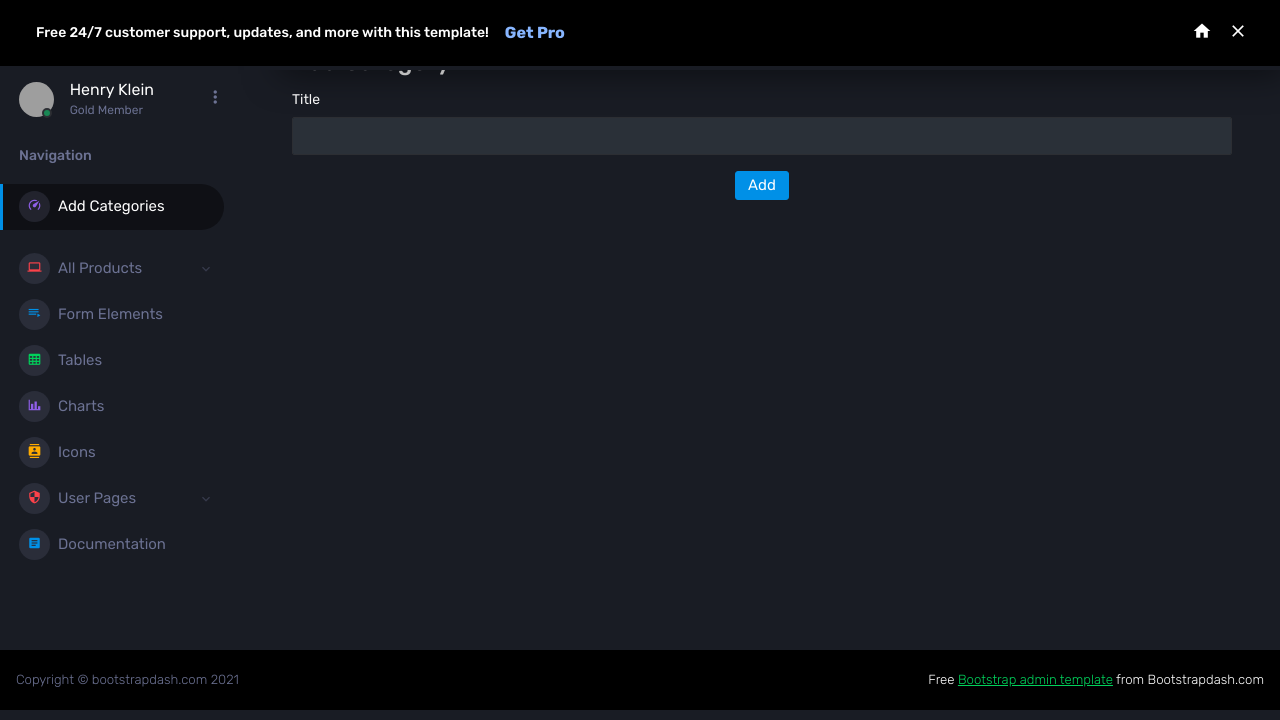
Repository: mennaabdelelhady/Route
Page: http://localhost/admin/view/addCategory.php
An editor plug-in stored every save of this project. The page is shown before and after the next save, followed by the edit.
The browser window is 1280 px wide. The pictures show the whole page.
Pictures or frames that could not be fetched are drawn as grey boxes. The page is run by PHP 8.4 with error messages shown; the project is at /var/www/html/.

Above is the page before, as saved 2024-12-25 00:55:40.

### admin/view/addCategory.php
<?php

include "../view/header.php";
include "../view/sidebar.php";
include "../view/navbar.php";
include "../../connection.php";
?>



              <div class="card-body px-5 py-5">
                <h3 class="card-title text-left mb-3">Add Category</h3>
                <form method="POST" action="addCategory.php">
                  <div class="form-group">
                    <label>Title</label>
                    <input type="text" name="title" class="form-control p_input text-light">
                  </div>
                  <div class="text-center">
                    <button type="submit" name="addCategory" class="btn btn-primary btn-block enter-btn">Add</button>
                  </div>
                </form>
              </div>
            </div>
          </div>
          <!-- content-wrapper ends -->
        </div>
        <!-- row ends -->
      </div>
      <!-- page-body-wrapper ends -->
    </div>

<?php
include "../view/footer.php";
 ?>

### admin/view/header.php
<!DOCTYPE html>
<html lang="en">
  <head>
    <!-- Required meta tags -->
    <!-- <meta charset="utf-8">
    <meta name="viewport" content="width=device-width, initial-scale=1, shrink-to-fit=no"> -->
    <title>Corona Admin</title>
    <!-- plugins:css -->
    <link rel="stylesheet" href="../assets/vendors/mdi/css/materialdesignicons.min.css">
    <link rel="stylesheet" href="../assets/vendors/css/vendor.bundle.base.css">
    <!-- endinject -->
    <!-- Plugin css for this page -->
    <link rel="stylesheet" href="../assets/vendors/jvectormap/jquery-jvectormap.css">
    <link rel="stylesheet" href="../assets/vendors/flag-icon-css/css/flag-icon.min.css">
    <link rel="stylesheet" href="../assets/vendors/owl-carousel-2/owl.carousel.min.css">
    <link rel="stylesheet" href="../assets/vendors/owl-carousel-2/owl.theme.default.min.css">
    <!-- End plugin css for this page -->
    <!-- inject:css -->
    <!-- endinject -->
    <!-- Layout styles -->
    <link rel="stylesheet" href="../assets/css/style.css">
    <!-- End layout styles -->
    <link rel="shortcut icon" href="../assets/images/favicon.png" />
  </head>
  <body>

### admin/view/sidebar.php
<div class="container-scroller">
      <div class="row p-0 m-0 proBanner" id="proBanner">
        <div class="col-md-12 p-0 m-0">
          <div class="card-body card-body-padding d-flex align-items-center justify-content-between">
            <div class="ps-lg-1">
              <div class="d-flex align-items-center justify-content-between">
                <p class="mb-0 font-weight-medium me-3 buy-now-text">Free 24/7 customer support, updates, and more with this template!</p>
                <a href="https://www.bootstrapdash.com/product/corona-free/?utm_source=organic&utm_medium=banner&utm_campaign=buynow_demo" target="_blank" class="btn me-2 buy-now-btn border-0">Get Pro</a>
              </div>
            </div>
            <div class="d-flex align-items-center justify-content-between">
              <a href="https://www.bootstrapdash.com/product/corona-free/"><i class="mdi mdi-home me-3 text-white"></i></a>
              <button id="bannerClose" class="btn border-0 p-0">
                <i class="mdi mdi-close text-white me-0"></i>
              </button>
            </div>
          </div>
        </div>
      </div>
      <!-- partial:partials/_sidebar.html -->
      <nav class="sidebar sidebar-offcanvas" id="sidebar">
        <div class="sidebar-brand-wrapper d-none d-lg-flex align-items-center justify-content-center fixed-top">
          <a class="sidebar-brand brand-logo" href="index.html"><img src="../assets/images/logo.svg" alt="logo" /></a>
          <a class="sidebar-brand brand-logo-mini" href="index.html"><img src="../assets/images/logo-mini.svg" alt="logo" /></a>
        </div>
        <ul class="nav">
          <li class="nav-item profile">
            <div class="profile-desc">
              <div class="profile-pic">
                <div class="count-indicator">
                  <img class="img-xs rounded-circle " src="../assets/images/faces/face15.jpg" alt="">
                  <span class="count bg-success"></span>
                </div>
                <div class="profile-name">
                  <h5 class="mb-0 font-weight-normal">Henry Klein</h5>
                  <span>Gold Member</span>
                </div>
              </div>
              <a href="#" id="profile-dropdown" data-bs-toggle="dropdown"><i class="mdi mdi-dots-vertical"></i></a>
              <div class="dropdown-menu dropdown-menu-right sidebar-dropdown preview-list" aria-labelledby="profile-dropdown">
                <a href="#" class="dropdown-item preview-item">
                  <div class="preview-thumbnail">
                    <div class="preview-icon bg-dark rounded-circle">
                      <i class="mdi mdi-settings text-primary"></i>
                    </div>
                  </div>
                  <div class="preview-item-content">
                    <p class="preview-subject ellipsis mb-1 text-small">Account settings</p>
                  </div>
                </a>
                <div class="dropdown-divider"></div>
                <a href="#" class="dropdown-item preview-item">
                  <div class="preview-thumbnail">
                    <div class="preview-icon bg-dark rounded-circle">
                      <i class="mdi mdi-onepassword  text-info"></i>
                    </div>
                  </div>
                  <div class="preview-item-content">
                    <p class="preview-subject ellipsis mb-1 text-small">Change Password</p>
                  </div>
                </a>
                <div class="dropdown-divider"></div>
                <a href="#" class="dropdown-item preview-item">
                  <div class="preview-thumbnail">
                    <div class="preview-icon bg-dark rounded-circle">
                      <i class="mdi mdi-calendar-today text-success"></i>
                    </div>
                  </div>
                  <div class="preview-item-content">
                    <p class="preview-subject ellipsis mb-1 text-small">To-do list</p>
                  </div>
                </a>
              </div>
            </div>
          </li>
          <li class="nav-item nav-category">
            <span class="nav-link">Navigation</span>
          </li>
          <li class="nav-item menu-items">
            <a class="nav-link" href="addCategory.php">
              <span class="menu-icon">
                <i class="mdi mdi-speedometer"></i>
              </span>
              <span class="menu-title">Add Categories</span>
            </a>
          </li>
          <a class="nav-link"  href="addProduct.php" aria-expanded="false" aria-controls="ui-basic">
          <li class="nav-item menu-items">
              <span class="menu-icon">
                <i class="mdi mdi-laptop"></i>
              </span>
              <span class="menu-title">All Products</span>
              <i class="menu-arrow"></i>
            </a>
            <div class="collapse" id="ui-basic">
              <ul class="nav flex-column sub-menu">
                <li class="nav-item"> <a class="nav-link" href="pages/ui-features/buttons.html">Buttons</a></li>
                <li class="nav-item"> <a class="nav-link" href="pages/ui-features/dropdowns.html">Dropdowns</a></li>
                <li class="nav-item"> <a class="nav-link" href="pages/ui-features/typography.html">Typography</a></li>
              </ul>
            </div>
          </li>
          <li class="nav-item menu-items">
            <a class="nav-link" href="pages/forms/basic_elements.html">
              <span class="menu-icon">
                <i class="mdi mdi-playlist-play"></i>
              </span>
              <span class="menu-title">Form Elements</span>
            </a>
          </li>
          <li class="nav-item menu-items">
            <a class="nav-link" href="pages/tables/basic-table.html">
              <span class="menu-icon">
                <i class="mdi mdi-table-large"></i>
              </span>
              <span class="menu-title">Tables</span>
            </a>
          </li>
          <li class="nav-item menu-items">
            <a class="nav-link" href="pages/charts/chartjs.html">
              <span class="menu-icon">
                <i class="mdi mdi-chart-bar"></i>
              </span>
              <span class="menu-title">Charts</span>
            </a>
          </li>
          <li class="nav-item menu-items">
            <a class="nav-link" href="pages/icons/mdi.html">
              <span class="menu-icon">
                <i class="mdi mdi-contacts"></i>
              </span>
              <span class="menu-title">Icons</span>
            </a>
          </li>
          <li class="nav-item menu-items">
            <a class="nav-link" data-bs-toggle="collapse" href="#auth" aria-expanded="false" aria-controls="auth">
              <span class="menu-icon">
                <i class="mdi mdi-security"></i>
              </span>
              <span class="menu-title">User Pages</span>
              <i class="menu-arrow"></i>
            </a>
            <div class="collapse" id="auth">
              <ul class="nav flex-column sub-menu">
                <li class="nav-item"> <a class="nav-link" href="pages/samples/blank-page.html"> Blank Page </a></li>
                <li class="nav-item"> <a class="nav-link" href="pages/samples/error-404.html"> 404 </a></li>
                <li class="nav-item"> <a class="nav-link" href="pages/samples/error-500.html"> 500 </a></li>
                <li class="nav-item"> <a class="nav-link" href="pages/samples/login.html"> Login </a></li>
                <li class="nav-item"> <a class="nav-link" href="pages/samples/register.html"> Register </a></li>
              </ul>
            </div>
          </li>
          <li class="nav-item menu-items">
            <a class="nav-link" href="http://www.bootstrapdash.com/demo/corona-free/jquery/documentation/documentation.html">
              <span class="menu-icon">
                <i class="mdi mdi-file-document-box"></i>
              </span>
              <span class="menu-title">Documentation</span>
            </a>
          </li>
        </ul>
      </nav>

### admin/view/navbar.php

<nav class="navbar p-0 fixed-top d-flex flex-row">
          <div class="navbar-brand-wrapper d-flex d-lg-none align-items-center justify-content-center">
            <a class="navbar-brand brand-logo-mini" href="index.html"><img src="../assets/images/logo-mini.svg" alt="logo" /></a>
          </div>
          <div class="navbar-menu-wrapper flex-grow d-flex align-items-stretch">
            <button class="navbar-toggler navbar-toggler align-self-center" type="button" data-toggle="minimize">
              <span class="mdi mdi-menu"></span>
            </button>
            <ul class="navbar-nav w-100">
              <li class="nav-item w-100">
                <form class="nav-link mt-2 mt-md-0 d-none d-lg-flex search">
                  <input type="text" class="form-control" placeholder="Search products">
                </form>
              </li>
            </ul>
            <ul class="navbar-nav navbar-nav-right">
              <li class="nav-item dropdown d-none d-lg-block">
                <a class="nav-link btn btn-success create-new-button" id="createbuttonDropdown" data-bs-toggle="dropdown" aria-expanded="false" href="#">+ Create New Project</a>
                <div class="dropdown-menu dropdown-menu-right navbar-dropdown preview-list" aria-labelledby="createbuttonDropdown">
                  <h6 class="p-3 mb-0">Projects</h6>
                  <div class="dropdown-divider"></div>
                  <a class="dropdown-item preview-item">
                    <div class="preview-thumbnail">
                      <div class="preview-icon bg-dark rounded-circle">
                        <i class="mdi mdi-file-outline text-primary"></i>
                      </div>
                    </div>
                    <div class="preview-item-content">
                      <p class="preview-subject ellipsis mb-1">Software Development</p>
                    </div>
                  </a>
                  <div class="dropdown-divider"></div>
                  <a class="dropdown-item preview-item">
                    <div class="preview-thumbnail">
                      <div class="preview-icon bg-dark rounded-circle">
                        <i class="mdi mdi-web text-info"></i>
                      </div>
                    </div>
                    <div class="preview-item-content">
                      <p class="preview-subject ellipsis mb-1">UI Development</p>
                    </div>
                  </a>
                  <div class="dropdown-divider"></div>
                  <a class="dropdown-item preview-item">
                    <div class="preview-thumbnail">
                      <div class="preview-icon bg-dark rounded-circle">
                        <i class="mdi mdi-layers text-danger"></i>
                      </div>
                    </div>
                    <div class="preview-item-content">
                      <p class="preview-subject ellipsis mb-1">Software Testing</p>
                    </div>
                  </a>
                  <div class="dropdown-divider"></div>
                  <p class="p-3 mb-0 text-center">See all projects</p>
                </div>
              </li>
              <li class="nav-item nav-settings d-none d-lg-block">
                <a class="nav-link" href="#">
                  <i class="mdi mdi-view-grid"></i>
                </a>
              </li>
              <li class="nav-item dropdown border-left">
                <a class="nav-link count-indicator dropdown-toggle" id="messageDropdown" href="#" data-bs-toggle="dropdown" aria-expanded="false">
                  <i class="mdi mdi-email"></i>
                  <span class="count bg-success"></span>
                </a>
                <div class="dropdown-menu dropdown-menu-right navbar-dropdown preview-list" aria-labelledby="messageDropdown">
                  <h6 class="p-3 mb-0">Messages</h6>
                  <div class="dropdown-divider"></div>
                  <a class="dropdown-item preview-item">
                    <div class="preview-thumbnail">
                      <img src="../assets/images/faces/face4.jpg" alt="image" class="rounded-circle profile-pic">
                    </div>
                    <div class="preview-item-content">
                      <p class="preview-subject ellipsis mb-1">Mark send you a message</p>
                      <p class="text-muted mb-0"> 1 Minutes ago </p>
                    </div>
                  </a>
                  <div class="dropdown-divider"></div>
                  <a class="dropdown-item preview-item">
                    <div class="preview-thumbnail">
                      <img src="../assets/images/faces/face2.jpg" alt="image" class="rounded-circle profile-pic">
                    </div>
                    <div class="preview-item-content">
                      <p class="preview-subject ellipsis mb-1">Cregh send you a message</p>
                      <p class="text-muted mb-0"> 15 Minutes ago </p>
                    </div>
                  </a>
                  <div class="dropdown-divider"></div>
                  <a class="dropdown-item preview-item">
                    <div class="preview-thumbnail">
                      <img src="../assets/images/faces/face3.jpg" alt="image" class="rounded-circle profile-pic">
                    </div>
                    <div class="preview-item-content">
                      <p class="preview-subject ellipsis mb-1">Profile picture updated</p>
                      <p class="text-muted mb-0"> 18 Minutes ago </p>
                    </div>
                  </a>
                  <div class="dropdown-divider"></div>
                  <p class="p-3 mb-0 text-center">4 new messages</p>
                </div>
              </li>
              <li class="nav-item dropdown border-left">
                <a class="nav-link count-indicator dropdown-toggle" id="notificationDropdown" href="#" data-bs-toggle="dropdown">
                  <i class="mdi mdi-bell"></i>
                  <span class="count bg-danger"></span>
                </a>
                <div class="dropdown-menu dropdown-menu-right navbar-dropdown preview-list" aria-labelledby="notificationDropdown">
                  <h6 class="p-3 mb-0">Notifications</h6>
                  <div class="dropdown-divider"></div>
                  <a class="dropdown-item preview-item">
                    <div class="preview-thumbnail">
                      <div class="preview-icon bg-dark rounded-circle">
                        <i class="mdi mdi-calendar text-success"></i>
                      </div>
                    </div>
                    <div class="preview-item-content">
                      <p class="preview-subject mb-1">Event today</p>
                      <p class="text-muted ellipsis mb-0"> Just a reminder that you have an event today </p>
                    </div>
                  </a>
                  <div class="dropdown-divider"></div>
                  <a class="dropdown-item preview-item">
                    <div class="preview-thumbnail">
                      <div class="preview-icon bg-dark rounded-circle">
                        <i class="mdi mdi-settings text-danger"></i>
                      </div>
                    </div>
                    <div class="preview-item-content">
                      <p class="preview-subject mb-1">Settings</p>
                      <p class="text-muted ellipsis mb-0"> Update dashboard </p>
                    </div>
                  </a>
                  <div class="dropdown-divider"></div>
                  <a class="dropdown-item preview-item">
                    <div class="preview-thumbnail">
                      <div class="preview-icon bg-dark rounded-circle">
                        <i class="mdi mdi-link-variant text-warning"></i>
                      </div>
                    </div>
                    <div class="preview-item-content">
                      <p class="preview-subject mb-1">Launch Admin</p>
                      <p class="text-muted ellipsis mb-0"> New admin wow! </p>
                    </div>
                  </a>
                  <div class="dropdown-divider"></div>
                  <p class="p-3 mb-0 text-center">See all notifications</p>
                </div>
              </li>
              <li class="nav-item dropdown">
                <a class="nav-link" id="profileDropdown" href="#" data-bs-toggle="dropdown">
                  <div class="navbar-profile">
                    <img class="img-xs rounded-circle" src="../assets/images/faces/face15.jpg" alt="">
                    <p class="mb-0 d-none d-sm-block navbar-profile-name">Henry Klein</p>
                    <i class="mdi mdi-menu-down d-none d-sm-block"></i>
                  </div>
                </a>
                <div class="dropdown-menu dropdown-menu-right navbar-dropdown preview-list" aria-labelledby="profileDropdown">
                  <h6 class="p-3 mb-0">Profile</h6>
                  <div class="dropdown-divider"></div>
                  <a class="dropdown-item preview-item">
                    <div class="preview-thumbnail">
                      <div class="preview-icon bg-dark rounded-circle">
                        <i class="mdi mdi-settings text-success"></i>
                      </div>
                    </div>
                    <div class="preview-item-content">
                      <p class="preview-subject mb-1">Settings</p>
                    </div>
                  </a>
                  <div class="dropdown-divider"></div>
                  <a class="dropdown-item preview-item" href="../../logout.php">
                    <div class="preview-thumbnail">
                      <div class="preview-icon bg-dark rounded-circle">
                        <i class="mdi mdi-logout text-danger"></i>
                      </div>
                    </div>
                    <div class="preview-item-content">
                      <p class="preview-subject mb-1">Log out</p>
                    </div>
                  </a>
                  <div class="dropdown-divider"></div>
                  <p class="p-3 mb-0 text-center">Advanced settings</p>
                </div>
              </li>
            </ul>
            <button class="navbar-toggler navbar-toggler-right d-lg-none align-self-center" type="button" data-toggle="offcanvas">
              <span class="mdi mdi-format-line-spacing"></span>
            </button>
          </div>
        </nav>

### connection.php
<?php
$servername = "localhost";
$username = "root";
$password = "";
$dbname = "shop";

$connection = new mysqli($servername, $username, $password, $dbname);

if ($connection->connect_error) {
    die("Connection failed: " . $connection->connect_error);
}
?>

### admin/view/footer.php
<footer class="footer">
            <div class="d-sm-flex justify-content-center justify-content-sm-between">
              <span class="text-muted d-block text-center text-sm-left d-sm-inline-block">Copyright © bootstrapdash.com 2021</span>
              <span class="float-none float-sm-right d-block mt-1 mt-sm-0 text-center"> Free <a href="https://www.bootstrapdash.com/bootstrap-admin-template/" target="_blank">Bootstrap admin template</a> from Bootstrapdash.com</span>
            </div>
          </footer>
          <!-- partial -->
        </div>
        <!-- main-panel ends -->
      </div>
      <!-- page-body-wrapper ends -->
    </div>
    <!-- container-scroller -->
    <!-- plugins:js -->
    <script src="../assets/vendors/js/vendor.bundle.base.js"></script>
    <!-- endinject -->
    <!-- Plugin js for this page -->
    <script src="../assets/vendors/chart.js/Chart.min.js"></script>
    <script src="../assets/vendors/progressbar.js/progressbar.min.js"></script>
    <script src="../assets/vendors/jvectormap/jquery-jvectormap.min.js"></script>
    <script src="../assets/vendors/jvectormap/jquery-jvectormap-world-mill-en.js"></script>
    <script src="../assets/vendors/owl-carousel-2/owl.carousel.min.js"></script>
    <script src="../assets/js/jquery.cookie.js" type="text/javascript"></script>
    <!-- End plugin js for this page -->
    <!-- inject:js -->
    <script src="../assets/js/off-canvas.js"></script>
    <script src="../assets/js/hoverable-collapse.js"></script>
    <script src="../assets/js/misc.js"></script>
    <script src="../assets/js/settings.js"></script>
    <script src="../assets/js/todolist.js"></script>
    <!-- endinject -->
    <!-- Custom js for this page -->
    <script src="../assets/js/dashboard.js"></script>
    <!-- End custom js for this page -->
  </body>
</html>

Loaded but not shown: admin/assets/vendors/mdi/css/materialdesignicons.min.css (library); admin/assets/vendors/css/vendor.bundle.base.css (common file); admin/assets/vendors/jvectormap/jquery-jvectormap.css (library); admin/assets/vendors/flag-icon-css/css/flag-icon.min.css (library); admin/assets/vendors/owl-carousel-2/owl.carousel.min.css (library); admin/assets/vendors/owl-carousel-2/owl.theme.default.min.css (common file); admin/assets/css/style.css (library); admin/assets/vendors/js/vendor.bundle.base.js (library); admin/assets/vendors/chart.js/Chart.min.js (library); admin/assets/vendors/progressbar.js/progressbar.min.js (library); admin/assets/vendors/jvectormap/jquery-jvectormap.min.js (library); admin/assets/vendors/jvectormap/jquery-jvectormap-world-mill-en.js (library); admin/assets/vendors/owl-carousel-2/owl.carousel.min.js (library); admin/assets/js/jquery.cookie.js (library); admin/assets/js/off-canvas.js (common file); admin/assets/images/logo.svg (45 lines, source omitted); admin/assets/images/logo-mini.svg (15 lines, source omitted); admin/assets/js/dashboard.js (251 lines, source omitted); admin/assets/js/misc.js (123 lines, source omitted); admin/assets/js/settings.js (105 lines, source omitted); admin/assets/js/todolist.js (34 lines, source omitted); admin/assets/js/hoverable-collapse.js (25 lines, source omitted)

After the next save:
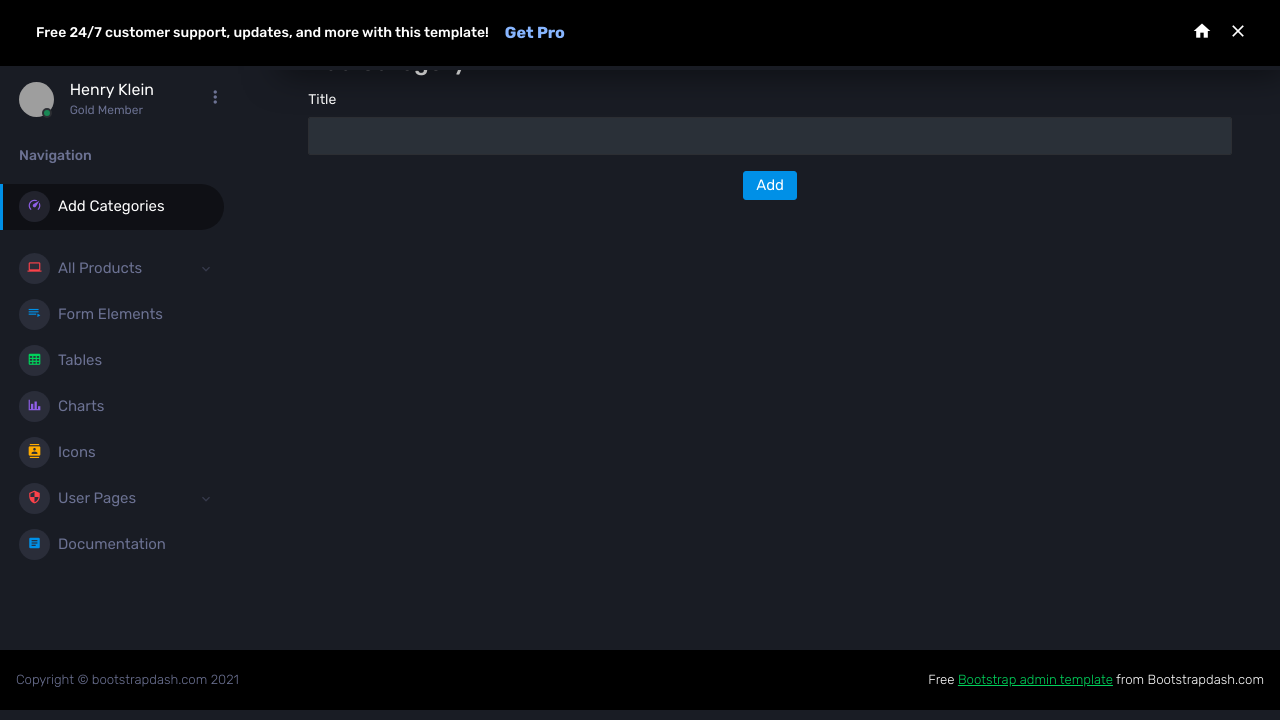
Saved 2 min 16 s later.
--- a/admin/view/addCategory.php
+++ b/admin/view/addCategory.php
@@ -4,6 +4,38 @@ include "../view/header.php";
 include "../view/sidebar.php";
 include "../view/navbar.php";
 include "../../connection.php";
+
+
+
+
+if ($_SERVER['REQUEST_METHOD'] === 'POST' && isset($_POST['addCategory'])) {
+  $title = trim($_POST['title']);
+
+  if (!empty($title)) {      $sql_check = "SELECT * FROM categories WHERE name = ?";
+      $stmt_check = $connection->prepare($sql_check);
+      $stmt_check->bind_param("s", $title);
+      $stmt_check->execute();
+      $result_check = $stmt_check->get_result();
+
+      if ($result_check->num_rows > 0) {
+          echo "<div class='alert alert-danger text-center'>Category already exists!</div>";
+      } else {
+          $sql_insert = "INSERT INTO categories (name) VALUES (?)";
+          $stmt_insert = $connection->prepare($sql_insert);
+          $stmt_insert->bind_param("s", $title);
+
+          if ($stmt_insert->execute()) {
+              echo "<div class='alert alert-success text-center'>Category added successfully!</div>";
+          } else {
+              echo "<div class='alert alert-danger text-center'>Error adding category. Please try again.</div>";
+          }
+      }
+  } else {
+      echo "<div class='alert alert-danger text-center'>Category title cannot be empty!</div>";
+  }
+}
+?>
+
 ?>
 
 
